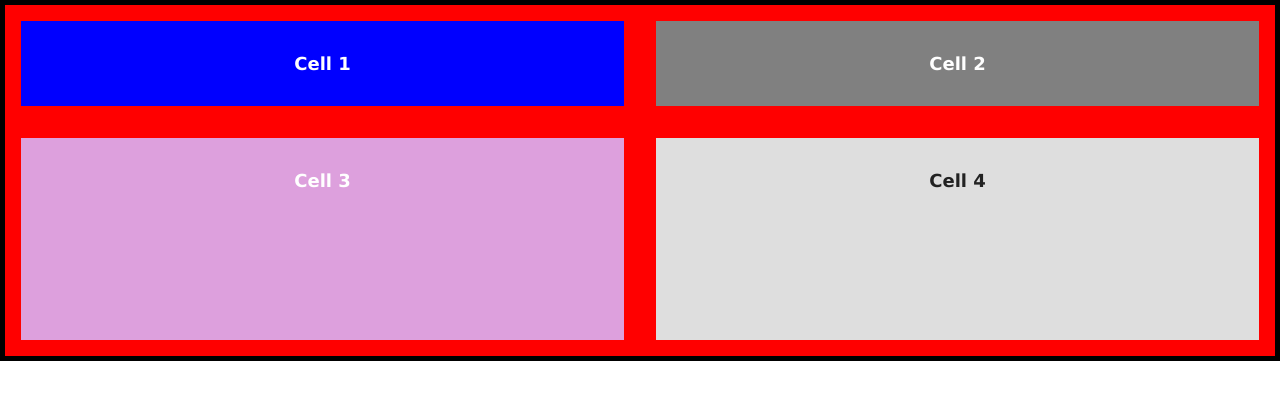
Repository: Ndifoinhilary/css_grid
Page: css-grid-learn/index.html
An editor plug-in stored every save of this project. The page is shown before and after the next save, followed by the edit.
The browser window is 1280 px wide. The pictures show the whole page.

Above is the page before, as saved 2024-01-25 02:53:45.

### css-grid-learn/index.html
<!DOCTYPE html>
<html lang="en">
<head>
    <meta charset="UTF-8">
    <meta name="viewport" content="width=device-width, initial-scale=1.0">
    <title>Css grid</title>
    <link rel="stylesheet" href="/css-grid-learn/main.css">
</head>
<body>
    <div class="container">
        <div class="cell class-1  ">cell 1</div>
        <div class="cell class-2">cell 2</div>
        <div class="cell class-3">cell 3</div>
        <div class="cell class-4">cell 4</div>
    </div>
</body>
</html>

### css-grid-learn/main.css
*{
    margin: 0;
    padding: 0;
    box-sizing: border-box;
}

body{
    font-family: Verdana, Geneva, Tahoma, sans-serif;
    color: #222;
}

.container{
    border: 5px solid black;
}

.cell{
    background: #dedede;
    text-transform: capitalize;
    text-align: center;
    font-weight: bold;
    padding: 2rem;
    font-size: large;
    border:1rem solid red;
}

.container{
    display: grid;
    grid-template-columns:1fr 1fr;
    grid-template-rows: 1fr 2fr;
}


.class-1{
    color: white;
    background: blue;
    gap: 1rem;
}
.class-2{
    color: white;
    background:gray;
}
.class-3{
    color: white;
    background:plum;
}

After the next save:
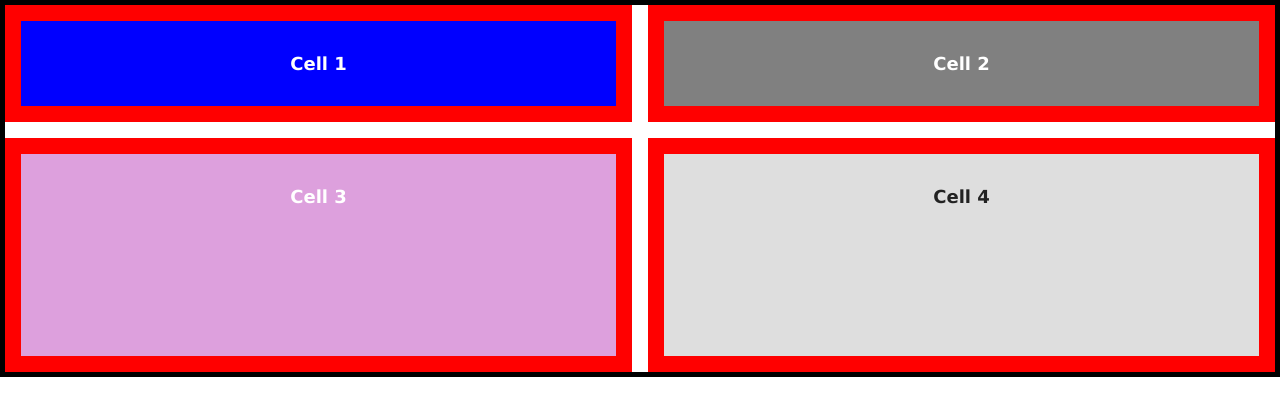
Saved 47 s later.
--- a/css-grid-learn/main.css
+++ b/css-grid-learn/main.css
@@ -27,13 +27,14 @@ body{
     display: grid;
     grid-template-columns:1fr 1fr;
     grid-template-rows: 1fr 2fr;
+    grid-gap: 1rem;
 }
 
 
 .class-1{
     color: white;
     background: blue;
-    gap: 1rem;
+
 }
 .class-2{
     color: white;
